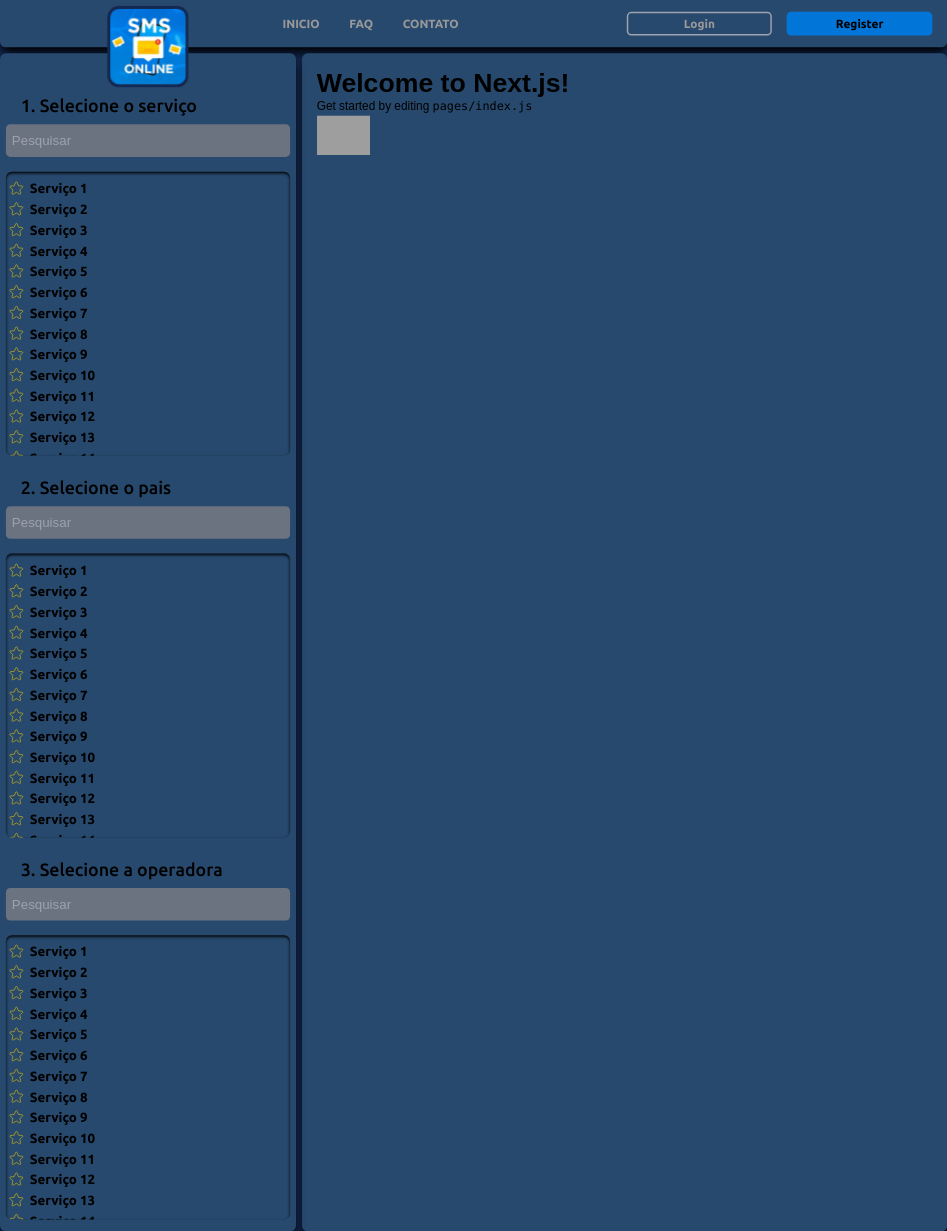
Repository: Felipe-Henrique-Dev/-DIOGO-SMS
Page: /
An editor plug-in stored every save of this project. The page is shown before and after the next save, followed by the edit.
The browser window is 1280 px wide. The pictures show the whole page, at 74% of full size.
Pictures or frames that could not be fetched are drawn as grey boxes. The project was rebuilt for these pictures with package versions that can differ from the ones it lists, and the page was loaded fresh each time. The framework's server and built-in components were replaced by stand-ins that run in the browser. Also part of the build but not shown: next.config.ts.

Above is the page before, as saved 2024-12-16 22:57:37.

### src/app/layout.tsx
import type { Metadata } from "next";
import "./globals.css";
import Header from "@/components/main/Header";
import Main from "@/components/main/Main";
import WebApp from "@/components/main/WebApp";



export const metadata: Metadata = {
  title: "Create Next App",
  description: "Generated by create next app",
};

export default function RootLayout({
  children,
}: Readonly<{
  children: React.ReactNode;
}>) {
  return (
    <html lang="pt-br">
      <body className={`antialiased`}>
        <Header />
        <Main>
          <WebApp />
          {children}
        </Main>
      </body>
    </html>
  );
}

### src/app/page.tsx
import Section from "@/components/main/Section";
import Image from "next/image";

export default function Home() {
  return (
    <Section>
      <h1 className="text-4xl font-bold text-center">Welcome to Next.js!</h1>
      <p className="text-center">
        Get started by editing <code>pages/index.js</code>
      </p>
      <Image
        src="/vercel.svg"
        alt="Vercel Logo"
        width={72}
        height={16}
      />
    </Section>
  );
}

### src/app/globals.css
@import url('https://fonts.googleapis.com/css2?family=Roboto+Mono&family=Ubuntu:wght@500;700&display=swap');
@tailwind base;
@tailwind components;
@tailwind utilities;


:root {
  --background: hsl(220, 60%, 20%);
  --background-secondary: hsl(211, 47%, 29%);
  --tertiary: hsl(0, 0%, 60%);
  --primary_text: hsl(0, 0%, 100%);
  --light: hsl(213, 27%, 84%);
  --foreground: #171717;
  --color-primary: #000;
  --color-secondary: hsl(208, 98%, 43%);
}


body {
  color: var(--tertiary);
  background: var(--background);
  font-family: Arial, Helvetica, sans-serif;
}

::-webkit-scrollbar {
  width: 5px;
  height: 10px;
}

::-webkit-scrollbar-track {
  background-color: var(--background);
}

::-webkit-scrollbar-thumb {
  background: var(--color-secondary);
  border-radius: 10px;
}

::-webkit-scrollbar-thumb:hover {
  background-color: var(--color-highlight-hover);
}

### src/components/main/Header.tsx
import React from "react";
import { Button } from "./Button";


export default function Header() {
  return (
    <header className="h-16 bg-background_secondary shadow-lg shadow-black max-w-screen-2xl m-auto top-0 items-center justify-between  flex rounded-b-lg px-5 z-[99] ">
        <span className="text-white text-lg w-1/4 font-bold"></span>
        <nav className="flex gap-10 uppercase font-bold font-ubuntu w-1/3 items-start ">
            <a href="#" className="">Inicio</a>
            <a href="#" className="">FAQ</a>
            <a href="#" className="">Contato</a>
        </nav>
        <div className="container flex justify-between items-center w-1/3 gap-5">
            <Button type="button" size="sm" className="text-tertiary" isLoading={false} bgColor="none">Login</Button>
            <Button type="button" size="sm" isLoading={false} bgColor="primary">
                Register
            </Button>
        </div>
    </header>
  );
}

### src/components/main/Main.tsx
import React from "react";

export default function Main({
  children,
}: Readonly<{
  children: React.ReactNode;
}>) {
  return (
    <main className="container max-w-screen-2xl mx-auto flex pt-2 gap-2 ">
      {children}
    </main>
  );
}

### src/components/main/WebApp.tsx
'use client'
import React from "react";
import { Input } from "./Input";
import { useForm } from "react-hook-form"
import Image from "next/image";
import { IconSquareRoundedX, IconX } from '@tabler/icons-react';



export default function WebApp() {
  const [selectService, setSelectService] = React.useState<{ title: string; valor: number; numberDispobilize: number; id: string } | null>(null);
  const [selectCountry, setSelectCountry] = React.useState<{ title: string; valor: number; numberDispobilize: number; id: string } | null>(null);
  const [selectOperator, setSelectOperator] = React.useState<{ title: string; valor: number; numberDispobilize: number; id: string } | null>(null);

  return (
    <aside className="min-w-[25rem] min-h-[90svh] shadow-lg shadow-black bg-background_secondary text-pri sticky left-0 top-[4.5rem] rounded-lg flex flex-col p-2 gap-5  pt-14 z-[999]">
      <Image src="/logo.webp" alt="Logo" width={110} height={110} className="rounded-2xl absolute -top-16 transform -translate-x-1/2 left-1/2 z-[99] border-4 border-background " />
      <Container subTitle="1. Selecione o serviço" list={list} select={selectService} setSelect={setSelectService} />
      <Container subTitle="2. Selecione o pais" list={list} select={selectCountry} setSelect={setSelectCountry} />
      <Container subTitle="3. Selecione a operadora" list={list} select={selectOperator} setSelect={setSelectOperator} />
    </aside>
  );
}


const Container = ({
  list,
  subTitle,
  select,
  setSelect
}: {
  subTitle: string;
  select?: { title: string; valor: number; numberDispobilize: number; id: string } | null;
  setSelect: React.Dispatch<React.SetStateAction<{ title: string; valor: number; numberDispobilize: number; id: string } | null>>;
  list: { title: string; valor: number; numberDispobilize: number; id: string }[];
}) => {
  const { register, watch } = useForm();
  const filter = (watch("filter") || "").toLowerCase();
  const [favorites, setFavorites] = React.useState<string[]>([]);
  const [loading, setLoading] = React.useState<boolean>(true);

  React.useEffect(() => {
    const storedFavorites = JSON.parse(localStorage.getItem("favorites") || "[]");
    setFavorites(storedFavorites);
    setLoading(false);
  }, []);

  const setFavoriteInStorage = (item: string) => {
    const newFavorites = favorites.includes(item)
      ? favorites.filter(favorite => favorite !== item)
      : [...favorites, item];

    setFavorites(newFavorites);
    localStorage.setItem("favorites", JSON.stringify(newFavorites));
  };

  // Primeiro filtrar e ordenar a lista antes do map
  const filteredAndSortedList = React.useMemo(() => {
    return list
      .filter(item => item.title.toLowerCase().includes(filter))
      .sort((a, b) => {
        const aFav = favorites.includes(a.id);
        const bFav = favorites.includes(b.id);
        if (aFav && !bFav) return -1;
        if (!aFav && bFav) return 1;
        return 0;
      });
  }, [list, filter, favorites]);

  if (loading) return <div>Carregando...</div>;

  return (
    <div className="flex flex-col gap-2  ">
      <span className="text-2xl w-full text-start px-5 text-black font-ubuntu ">{subTitle}</span>
      {
        select ?
          <div className="flex w-full bg-slate-300 rounded-lg h-10 items-center justify-start px-5 gap-5 ">
            <button onClick={() => setSelect(null)} className="flex items-center justify-center gap-2 h-8 min-w-8 rounded-xl border-red-500 border-[1px] text-black">
               <IconX className="w-5 h-5" />
            </button>
            <span className="text-lg font-bold min-w-8 h-8 rounded-full text-center bg-white ">I</span>
            <span className="text-lg font-bold w-auto text-center text-black font-roboto ">{select.title}</span>
          </div>
        :
        <>
          <Input type="text" placeholder="Pesquisar" size="lg" register={register("filter")} />
          <div className="h-96 shadow-inner shadow-black py-2 w-full my-2 overflow-x-auto scroll-smooth rounded-lg p-1 text-black font-ubuntu ">
            {filteredAndSortedList.map((item) => (
              <div className="w-full flex items-center justify-start gap-2" key={item.id}>
                <Stars
                  stars={favorites.includes(item.id)}
                  setFavorite={() => setFavoriteInStorage(item.id)}
                />
                <button className="flex flex-col font-black" onClick={() => setSelect(item)}>
                  <span className="text-lg font-bold w-full text-center">{item.title}</span>
                </button>
              </div>
            ))}
          </div>
        </>
      }
    </div>
  );
};



const list = [
  {
    id: "1",
    title: "Serviço 1",
    valor: 10.00,
    numberDispobilize: 6000,
  },
  {
    id: "2",
    title: "Serviço 2",
    valor: 20.00,
    numberDispobilize: 5000,
  },
  {
    id: "3",
    title: "Serviço 3",
    valor: 30.00,
    numberDispobilize: 4000,
  },
  {
    id: "4",
    title: "Serviço 4",
    valor: 40.00,
    numberDispobilize: 3000,
  },
  {
    id: "5",
    title: "Serviço 5",
    valor: 50.00,
    numberDispobilize: 2000,
  },
  {
    id: "6",
    title: "Serviço 6",
    valor: 60.00,
    numberDispobilize: 1000,
  },
  {
    id: "7",
    title: "Serviço 7",
    valor: 70.00,
    numberDispobilize: 900,
  },
  {
    id: "8",
    title: "Serviço 8",
    valor: 80.00,
    numberDispobilize: 800,
  },
  {
    id: "9",
    title: "Serviço 9",
    valor: 90.00,
    numberDispobilize: 700,
  },
  {
    id: "10",
    title: "Serviço 10",
    valor: 100.00,
    numberDispobilize: 600,
  },
  {
    id: "11",
    title: "Serviço 11",
    valor: 110.00,
    numberDispobilize: 500,
  },
  {
    id: "12",
    title: "Serviço 12",
    valor: 120.00,
    numberDispobilize: 400,
  },
  {
    id: "13",
    title: "Serviço 13",
    valor: 130.00,
    numberDispobilize: 300,
  },
  {
    id: "14",
    title: "Serviço 14",
    valor: 140.00,
    numberDispobilize: 200,
  },
  {
    id: "15",
    title: "Serviço 15",
    valor: 150.00,
    numberDispobilize: 100,
  }
];

const Stars = ({stars, setFavorite} : {stars: boolean, setFavorite: () => void}) => {
  return (
      <>
          {
              !stars?
              <svg width="20" height="20" viewBox="0 0 13 12" fill="none" xmlns="http://www.w3.org/2000/svg" onClick={setFavorite} className="cursor-pointer" >
                  <path d="M6.49956 9.51326L9.26623 11.1866C9.77289 11.4933 10.3929 11.0399 10.2596 10.4666L9.52623 7.31992L11.9729 5.19993C12.4196 4.81326 12.1796 4.07993 11.5929 4.03326L8.37289 3.75993L7.11289 0.786592C6.88623 0.246592 6.11289 0.246592 5.88623 0.786592L4.62623 3.75326L1.40623 4.02659C0.81956 4.07326 0.57956 4.80659 1.02623 5.19326L3.47289 7.31326L2.73956 10.4599C2.60623 11.0333 3.22623 11.4866 3.73289 11.1799L6.49956 9.51326Z" fill="none" stroke="#EFC900" strokeWidth="0.5"/>
              </svg>
              :
              <svg width="20" height="20" viewBox="0 0 13 12" fill="none" xmlns="http://www.w3.org/2000/svg" onClick={setFavorite} className="cursor-pointer">
                  <path d="M6.49956 9.51326L9.26623 11.1866C9.77289 11.4933 10.3929 11.0399 10.2596 10.4666L9.52623 7.31992L11.9729 5.19993C12.4196 4.81326 12.1796 4.07993 11.5929 4.03326L8.37289 3.75993L7.11289 0.786592C6.88623 0.246592 6.11289 0.246592 5.88623 0.786592L4.62623 3.75326L1.40623 4.02659C0.81956 4.07326 0.57956 4.80659 1.02623 5.19326L3.47289 7.31326L2.73956 10.4599C2.60623 11.0333 3.22623 11.4866 3.73289 11.1799L6.49956 9.51326Z" fill="#EFC900"/>
              </svg>
          }
      </>
  );
}

### src/components/main/Section.tsx
import { cn } from "@/lib/utils";
import React from "react";

export default function Section({
  children,
  className
}: Readonly<{
  children: React.ReactNode;
  className?: string;
}>) {
  return (
    <section className={cn(
      "p-5 flex flex-col min-h-[90svh] bg-background_secondary w-full text-black items-start justify-start rounded-lg shadow-lg shadow-black",
      className
    )}>
      {children}
    </section>
  );
}

### src/components/main/Button.tsx
/* eslint-disable @typescript-eslint/no-explicit-any */
import { cn } from "@/lib/utils";
import React from "react";

export const Button = ({
    className,
    size = "md",
    onClick,
    children,
    type,
    isLoading,
    bgColor = "primary",
}:{
    type: 'button' | 'submit' | 'reset';
    onClick?: (event: React.MouseEvent<HTMLButtonElement>) => void;
    className?: string;
    children: React.ReactNode;
    size?: "sm" | "md" | "lg";
    isLoading: boolean;
    bgColor?: "primary" | "secondary" | "danger" | "none";
}) => {

    const sizes = {
        sm: "w-1/2 h-8 text-base",
        md: "w-3/4 h-10 text-lg",
        lg: "w-full h-14 text-xl",
    };

    const bgColors = {
        primary: "bg-secondary text-black",
        secondary: "bg-gray-500 text-white",
        danger: "bg-red-500 text-white",
        none: "bg-transparent text-black border-gray-400 border-2 "
    };

    return (
        <button
            type={type}
            onClick={onClick}
            className={cn(
                "p-2 rounded-md relative flex items-center justify-center font-bold font-ubuntu hover:scale-105 transition-transform duration-300",
                bgColors[bgColor],
                sizes[size],
                className
            )}
            disabled={isLoading}
        >
            {
                isLoading ? loading() : children
            }
        </button>
    );
}


const loading = () => {
    return (
        <div className="absolute inset-0 bg-gray-300 bg-opacity-50 flex items-center justify-center">
            <div className="animate-spin rounded-full h-12 w-12 border-t-2 border-b-2 border-gray-900"></div>
        </div>
    );
}

### src/components/main/Input.tsx
/* eslint-disable @typescript-eslint/no-unused-vars */
/* eslint-disable @typescript-eslint/no-explicit-any */
import { cn } from "@/lib/utils";
import React from "react";

export const Input = ({
    type,
    placeholder,
    classNameSpan,
    classNameLabel,
    classNameInput,
    label,
    size = "md",
    icon,
    register,
    bgColor = "secondary",
    labelIsHidden = false,
    name
}:{
    type: 'text' | 'password' | 'email';
    placeholder: string;
    classNameSpan?: string;
    classNameLabel?: string;
    classNameInput?: string;
    size?: "sm" | "md" | "lg";
    icon?: React.ReactNode;
    register?: any;
    label?: string;
    bgColor?: "primary" | "secondary" | "danger" | "none";
    labelIsHidden?: boolean;
    name?: string;
}) => {

    const sizes = {
        sm: "w-1/2 h-8 text-sm",
        md: "w-3/4 h-10 text-base",
        lg: "w-full h-12 text-lg",
    };

    const bgColors = {
        primary: "bg-light text-black",
        secondary: "bg-gray-500 text-black",
        danger: "bg-red-500 text-black",
        none: "bg-transparent text-black border-gray-300 border-2"
    };


    return (
        <span className={cn(
                "relative flex flex-col",
                sizes[size],
                classNameSpan,
        )}>
            {
                labelIsHidden &&
                <label className={cn(
                    classNameLabel
                )} >
                    {label}
                </label>
            }
            <input
                type={type}
                placeholder={placeholder}
                {...register}
                className={cn(
                    "p-2 rounded-md relative w-full",
                    classNameInput,
                    bgColors[bgColor]
                )}
            />
            {icon}
        </span>

    );
}

### tailwind.config.ts
import type { Config } from "tailwindcss";

export default {
  content: [
    "./src/pages/**/*.{js,ts,jsx,tsx,mdx}",
    "./src/components/**/*.{js,ts,jsx,tsx,mdx}",
    "./src/app/**/*.{js,ts,jsx,tsx,mdx}",
  ],
  theme: {
    extend: {
      colors: {
        background: "var(--background)",
        foreground: "var(--foreground)",
        background_secondary: "var(--background-secondary)",
        primary: "var(--primary)",
        secondary: "var(--color-secondary)",
        tertiary: "var(--tertiary)",
        light: "var(--light)",

      },
      background : {
        background: "var(--background)",
        background_secondary: "var(--background-secondary)",
        foreground: "var(--foreground)",
      },
      fontFamily: {
        ubuntu: ["Ubuntu", "sans-serif"],
        roboto: ["Roboto", "sans-serif"],
      },
    },
  },
  plugins: [],
} satisfies Config;


// .ubuntu-light {
//   font-family: "Ubuntu", sans-serif;
//   font-weight: 300;
//   font-style: normal;
// }

// .ubuntu-regular {
//   font-family: "Ubuntu", sans-serif;
//   font-weight: 400;
//   font-style: normal;
// }

// .ubuntu-medium {
//   font-family: "Ubuntu", sans-serif;
//   font-weight: 500;
//   font-style: normal;
// }

// .ubuntu-bold {
//   font-family: "Ubuntu", sans-serif;
//   font-weight: 700;
//   font-style: normal;
// }

// .ubuntu-light-italic {
//   font-family: "Ubuntu", sans-serif;
//   font-weight: 300;
//   font-style: italic;
// }

// .ubuntu-regular-italic {
//   font-family: "Ubuntu", sans-serif;
//   font-weight: 400;
//   font-style: italic;
// }

// .ubuntu-medium-italic {
//   font-family: "Ubuntu", sans-serif;
//   font-weight: 500;
//   font-style: italic;
// }

// .ubuntu-bold-italic {
//   font-family: "Ubuntu", sans-serif;
//   font-weight: 700;
//   font-style: italic;
// }

Loaded but not shown: src/lib/utils.ts (common file)

After the next save:
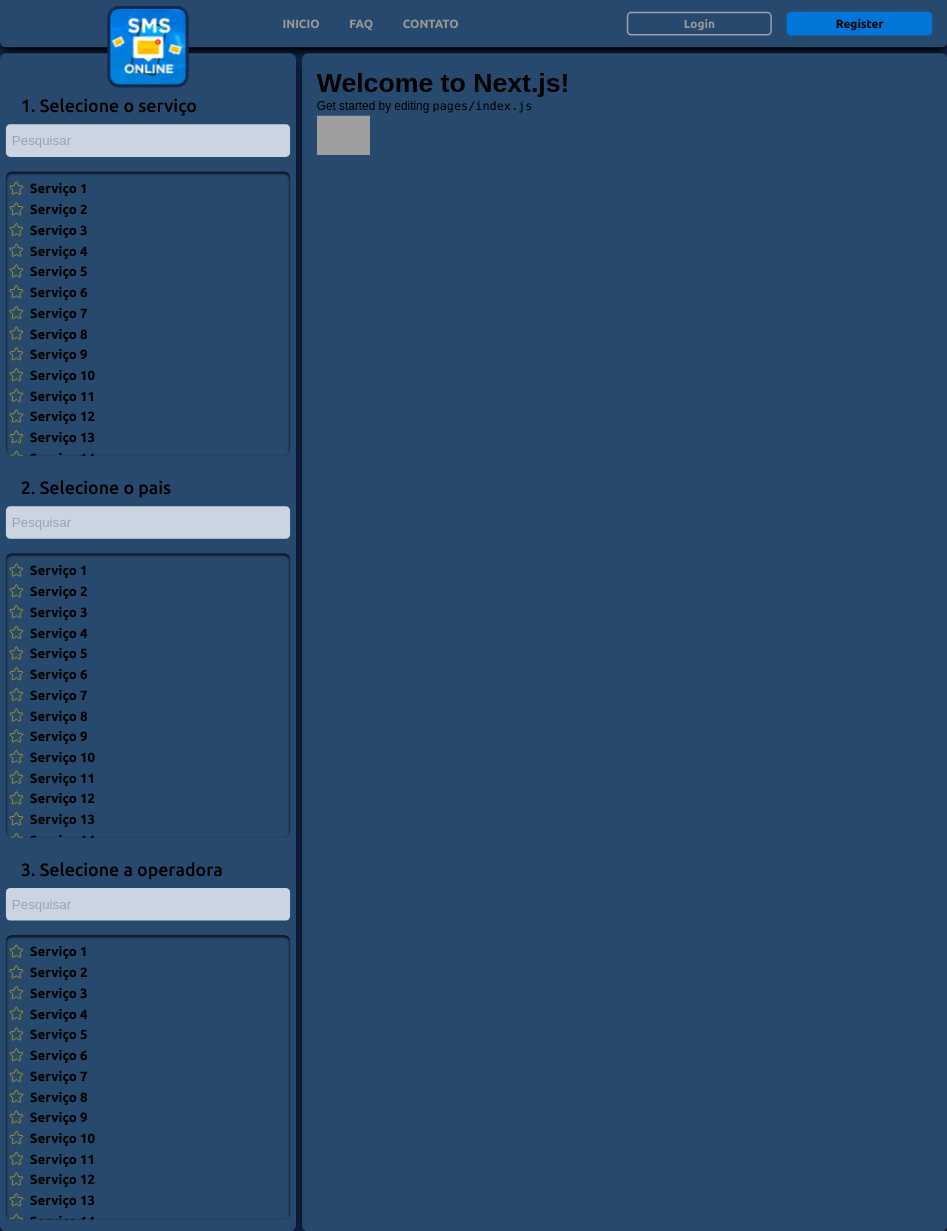
Saved 9 s later.
--- a/src/components/main/Input.tsx
+++ b/src/components/main/Input.tsx
@@ -39,7 +39,7 @@ export const Input = ({
 
     const bgColors = {
         primary: "bg-light text-black",
-        secondary: "bg-gray-500 text-black",
+        secondary: "bg-light text-black",
         danger: "bg-red-500 text-black",
         none: "bg-transparent text-black border-gray-300 border-2"
     };
